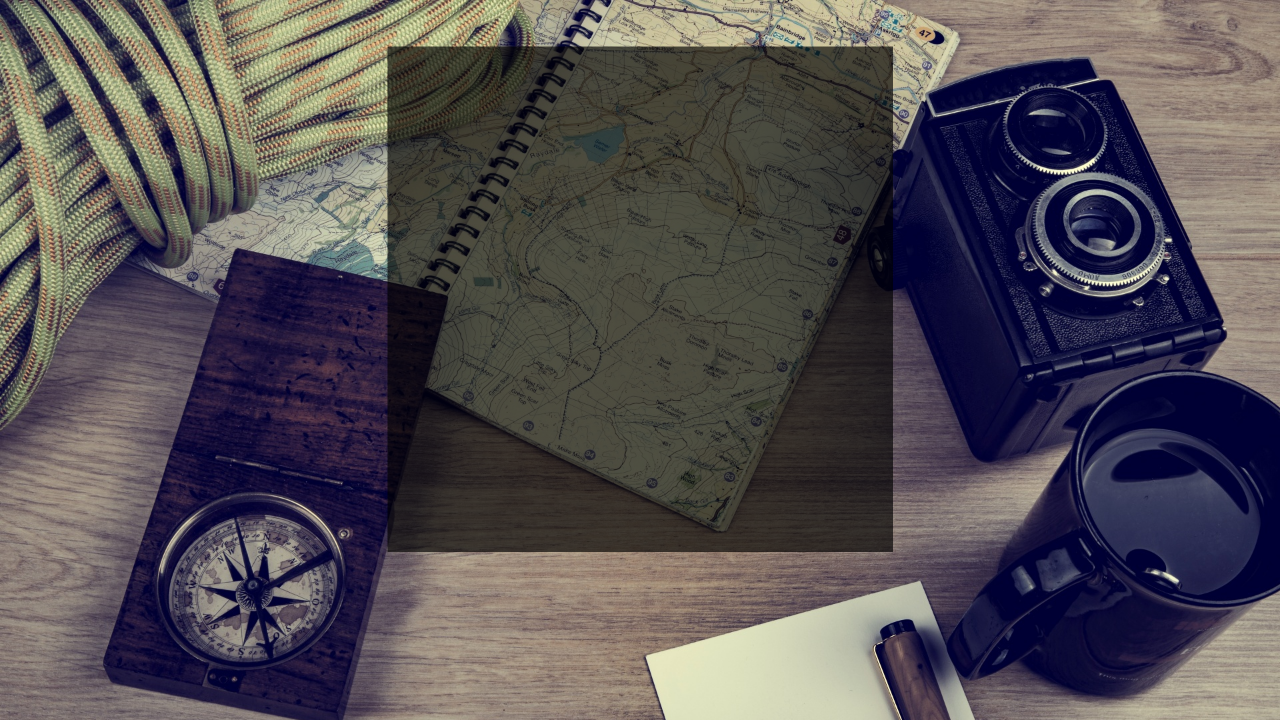
Repository: minkyung0421/jsp_travel_project
Page: http://localhost/Travel_Project/loginForm.jsp
The author's editor kept a copy of each file at every save. The page is drawn from the files as they stood at one save, then again after the next save.
The browser window is 1280 px wide. The pictures show the whole page.
The page is served by Tomcat 9. Other server files are loaded and not shown.

Above is the page before, as saved 2018-08-20 01:46:38.

### jsp_travel_project/Travel_Project/WebContent/loginForm.jsp
<%@ page language="java" contentType="text/html; charset=UTF-8"
    pageEncoding="UTF-8"%>
<!DOCTYPE html PUBLIC "-//W3C//DTD HTML 4.01 Transitional//EN" "http://www.w3.org/TR/html4/loose.dtd">
<html>
<head>
<meta http-equiv="Content-Type" content="text/html; charset=UTF-8">
<title>Insert title here</title>
</head>
<style>
	body{
		background-image: url(image/travel2.jpg);
		background-repeat: no-repeat;
		background-size: 100%;
	}
</style>
<body>
	<center>
		<img src = "image/travel2_login.png" width="40%" height = "40%"
		style = "margin-top: 3%;">
	</center>
</body>
</html>

After the next save:
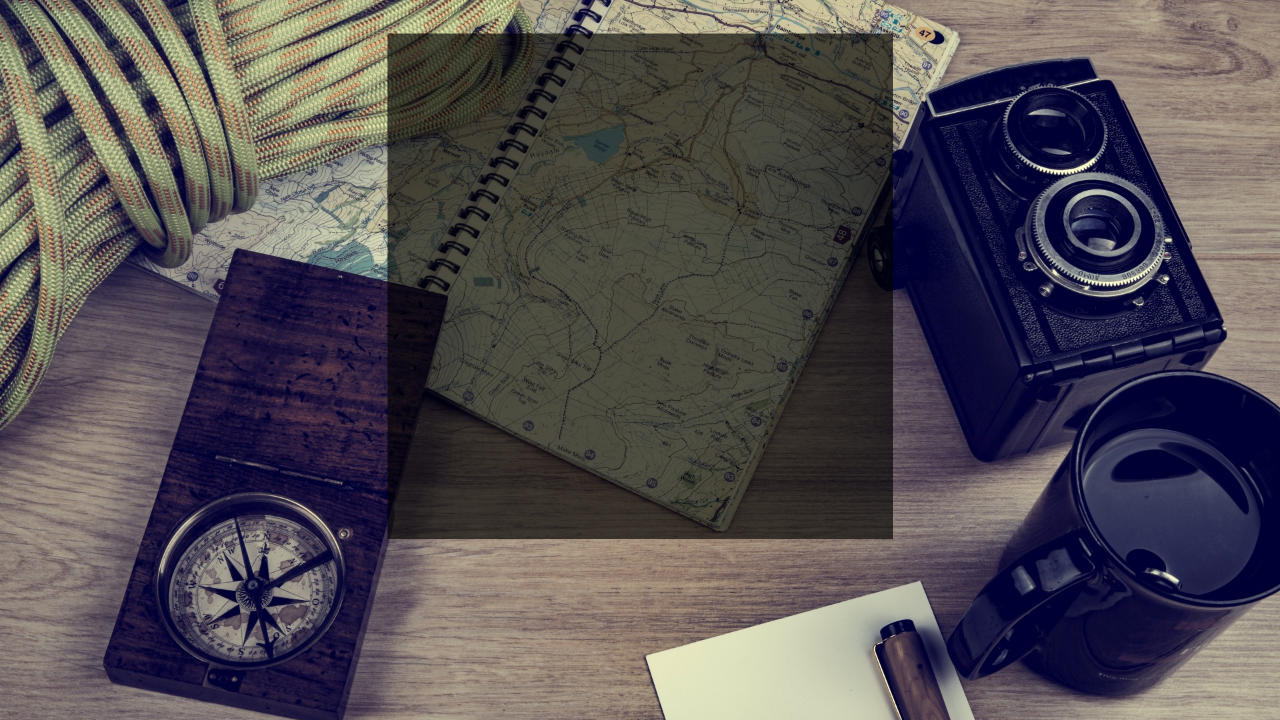
Saved 8 s later.
--- a/jsp_travel_project/Travel_Project/WebContent/loginForm.jsp
+++ b/jsp_travel_project/Travel_Project/WebContent/loginForm.jsp
@@ -16,7 +16,7 @@
 <body>
 	<center>
 		<img src = "image/travel2_login.png" width="40%" height = "40%"
-		style = "margin-top: 3%;">
+		style = "margin-top: 2%;">
 	</center>
 </body>
 </html>
